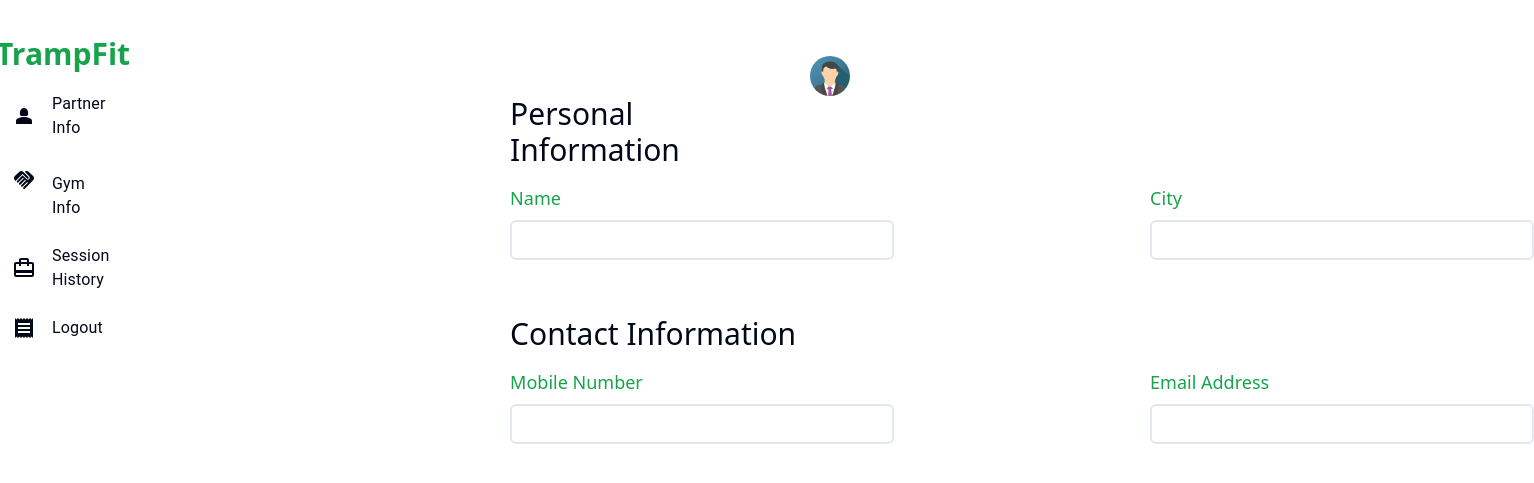
Repository: ezioxatul/TrampFit-Website
Page: /partner/partnerDashboard/partnerInfo (app in Frontend/)
These files come from the project's save history. The page is drawn as it stood at one moment and after the next save; the edit follows.
The browser window is 1280 px wide. The page is 1534 px wide, so the pictures cover 1534 px, including what lies to the right of the window. The pictures show the whole page.
The project was rebuilt for these pictures with package versions that can differ from the ones it lists, and the page was loaded fresh each time. The framework's server and built-in components were replaced by stand-ins that run in the browser. Also part of the build but not shown: Frontend/next.config.js, Frontend/next.config.mjs, Frontend/components/Loader.js, Frontend/components/Popup.js.

Above is the page before, as saved 2024-05-16 17:31:16.

### Frontend/pages/_app.js
import Loader from "@/components/Loader";
import "@/styles/globals.css";
import { useRouter } from "next/router";
import { useEffect, useState } from "react";


const Loading = () => {

  return (
    <Loader/>
  );
}

export default function App({ Component, pageProps }) {

  const [loading, setLoading] = useState(false);
  const router = useRouter();

  useEffect(() => {
    const handleStart = () => setLoading(true);
    const handleComplete = () => setLoading(false);

    router.events.on('routeChangeStart', handleStart);
    router.events.on('routeChangeComplete', handleComplete);
    router.events.on('routeChangeError', handleComplete);

    return () => {
      router.events.off('routeChangeStart', handleStart);
      router.events.off('routeChangeComplete', handleComplete);
      router.events.off('routeChangeError', handleComplete);
    };
  }, []);

  return (
    <>
    <div className="h-2">
      {
        loading  &&
          <Loading />

      }
      </div>
          <Component {...pageProps} />

    </>
  );
}

### Frontend/pages/_document.js
import { Html, Head, Main, NextScript } from "next/document";

export default function Document() {
  return (
    <Html lang="en">
          <Head />
          <body>
            <Main />
            <NextScript />
          </body>
        </Html>
        );
}

### Frontend/pages/partner/partnerDashboard/partnerInfo.js
import PartnerSideBar from "@/components/PartnerSideBar";
import { Avatar } from "@mui/material";
import { Input } from "@/components/ui/input"
import { Label } from "@/components/ui/label"
import { useEffect, useState } from "react";
import { useRouter } from "next/router";
import { ToastContainer, toast } from "react-toastify";

export default function partnerInfo() {
  return (
    <div className="flex ">
      <PartnerSideBar />
      <div className="flex flex-col">
        <div className=" flex">
          <div className=" mx-auto mt-12">
            <Avatar
              className=" w-36 h-36 text-6xl bg-black"
              src="/avtar.png"
            ></Avatar>
          </div>
        </div>
        <div className=" w-8">
          <h1 className=" ml-96 text-3xl mb-4 ">Personal Information</h1>
          <div className="flex ml-96 mb-10">
            <div className="mr-32 space-y-2">
              <Label
                htmlFor="name"
                className="text-lg text-green-600 font-normal"
              >
                Name
              </Label>
              <Input
                type="text"
                className=" w-96 text-lg border-2"
              />
            </div>
            <div className="ml-32 space-y-2">
              <Label
                htmlFor="city"
                className="text-lg text-green-600 font-normal"
              >
                City
              </Label>
              <Input
                type="text"
                className=" w-96 text-lg border-2"
              />
            </div>
          </div>
        </div>
        <div>
          <h1 className=" ml-96 text-3xl mb-4 mt-4 ">Contact Information</h1>
          <div className="flex ml-96 mb-10">
            <div className="mr-32 space-y-2">
              <Label
                htmlFor="name"
                className="text-lg text-green-600 font-normal"
              >
                Mobile Number
              </Label>
              <Input
                type="text"
                className=" w-96 text-lg border-2"
              />
            </div>
            <div className="ml-32 space-y-2 mb-10">
              <Label
                htmlFor="city"
                className="text-lg text-green-600 font-normal"
              >
                Email Address
              </Label>
              <Input
                type="text"
                className=" w-96 text-lg border-2"
              />
            </div>
            <ToastContainer />
          </div>
        </div>
      </div>
    </div>
  );
}

### Frontend/styles/globals.css
@tailwind base;
@tailwind components;
@tailwind utilities;


@layer base {
  :root {
    --background: 0 0% 100%;
    --foreground: 222.2 84% 4.9%;

    --card: 0 0% 100%;
    --card-foreground: 222.2 84% 4.9%;

    --popover: 0 0% 100%;
    --popover-foreground: 222.2 84% 4.9%;

    --primary: 222.2 47.4% 11.2%;
    --primary-foreground: 210 40% 98%;

    --secondary: 210 40% 96.1%;
    --secondary-foreground: 222.2 47.4% 11.2%;

    --muted: 210 40% 96.1%;
    --muted-foreground: 215.4 16.3% 46.9%;

    --accent: 210 40% 96.1%;
    --accent-foreground: 222.2 47.4% 11.2%;

    --destructive: 0 84.2% 60.2%;
    --destructive-foreground: 210 40% 98%;

    --border: 214.3 31.8% 91.4%;
    --input: 214.3 31.8% 91.4%;
    --ring: 222.2 84% 4.9%;

    --radius: 0.5rem;
  }

  .dark {
    --background: 222.2 84% 4.9%;
    --foreground: 210 40% 98%;

    --card: 222.2 84% 4.9%;
    --card-foreground: 210 40% 98%;

    --popover: 222.2 84% 4.9%;
    --popover-foreground: 210 40% 98%;

    --primary: 210 40% 98%;
    --primary-foreground: 222.2 47.4% 11.2%;

    --secondary: 217.2 32.6% 17.5%;
    --secondary-foreground: 210 40% 98%;

    --muted: 217.2 32.6% 17.5%;
    --muted-foreground: 215 20.2% 65.1%;

    --accent: 217.2 32.6% 17.5%;
    --accent-foreground: 210 40% 98%;

    --destructive: 0 62.8% 30.6%;
    --destructive-foreground: 210 40% 98%;

    --border: 217.2 32.6% 17.5%;
    --input: 217.2 32.6% 17.5%;
    --ring: 212.7 26.8% 83.9%;
  }
}

@layer base {
  * {
    @apply border-border;
  }
  body {
    @apply bg-background text-foreground;
  }
}


.outline_remove:focus{


}
.focus-visible\:ring-offset-2:focus-visible{
  border:none !important;
  outline: none !important;
  border-style: none;
}

### Frontend/components/PartnerSideBar.js
import List from '@mui/material/List';
import ListItemButton from '@mui/material/ListItemButton';
import ListItemText from '@mui/material/ListItemText';
import Person2Icon from '@mui/icons-material/Person2';
import HandshakeIcon from '@mui/icons-material/Handshake';
import CardTravelIcon from '@mui/icons-material/CardTravel';
import ReceiptIcon from '@mui/icons-material/Receipt';
import LogoutIcon from '@mui/icons-material/Logout';

import { useState } from 'react';
import Link from 'next/link';
import Popup from './Popup';
import { useRouter } from 'next/router';

export default function PartnerSideBar() {

    let SideBarHeading = ['Partner Info', 'Gym Info', 'Session History', 'Logout'];

    let router = useRouter();
    let [start, setStart] = useState(false);

    const logout = () => {
        setStart(!start);
    }


    const logoutEvent = () => {
        localStorage.removeItem('partnerToken');
        setStart(false);
        router.push('/partner/partnerLogin')
    }
    return (
        <>
            <div className=" w-72  m-[-8px] p-1  mb-10">
                <Link href="#"><h1 className=' text-green-600 text-3xl font-semibold text-center mt-8 cursor-pointer'>TrampFit</h1></Link>

                <List className='bg-white mt-8 ml-6 space-y-2'>
                    {
                        SideBarHeading.map((text, index) => {
                            return (
                                index === 1 ?
                                    <>

                                        <ListItemButton className=' space-x-4 flex justify-between hover:bg-green-100 hover:rounded-2xl hover:text-green-600'>
                                            <Link href="#" className='flex space-x-4 '>
                                                <HandshakeIcon className='text-2xl' />
                                                <ListItemText primary={text} />
                                            </Link>
                                        </ListItemButton>

                                    </> :
                                    index === 0 ?
                                        <Link href="#">
                                            <ListItemButton className=' space-x-4 hover:bg-green-100 hover:rounded-2xl hover:text-green-600'>
                                                <Person2Icon className='text-2xl' />
                                                <ListItemText primary={text} />
                                            </ListItemButton>
                                        </Link> :
                                        index === 2 ?
                                            <Link href="#">
                                                <ListItemButton className=' space-x-4 hover:bg-green-100 hover:rounded-2xl hover:text-green-600'>
                                                    <CardTravelIcon className='text-2xl' />
                                                    <ListItemText primary={text} />
                                                </ListItemButton>
                                            </Link> :
                                            index === 3 ?
                                                <Link href="#">
                                                    <ListItemButton className=' space-x-4 hover:bg-green-100 hover:rounded-2xl hover:text-green-600'>
                                                        <ReceiptIcon className='text-2xl' />
                                                        <ListItemText primary={text} />
                                                    </ListItemButton>
                                                </Link> :
                                                <ListItemButton className=' space-x-4 hover:bg-green-100 hover:rounded-2xl hover:text-green-600' onClick={logout}>
                                                    <LogoutIcon className='text-2xl' />
                                                    <ListItemText primary={text} />
                                                    <Popup open={start} title={"Do you Really want to Logout?"} cancel="Cancel" logout="Logout" logoutEvent={logoutEvent} cancelEvent={logout} />
                                                </ListItemButton>
                            )
                        })
                    }
                </List>
            </div>
        </>
    );
}

### Frontend/tailwind.config.js
/** @type {import('tailwindcss').Config} */
module.exports = {
  darkMode: ["class"],
  content: [
    './pages/**/*.{js,jsx}',
    './components/**/*.{js,jsx}',
    './app/**/*.{js,jsx}',
    './src/**/*.{js,jsx}',
  ],
  prefix: "",
  theme: {
    container: {
      center: true,
      padding: "2rem",
      screens: {
        "2xl": "1400px",
      },
    },
    extend: {fontFamily: {
      play: ["Play", "sans-serif"],
    },
      colors: {
        border: "hsl(var(--border))",
        input: "hsl(var(--input))",
        ring: "hsl(var(--ring))",
        background: "hsl(var(--background))",
        foreground: "hsl(var(--foreground))",
        primary: {
          DEFAULT: "hsl(var(--primary))",
          foreground: "hsl(var(--primary-foreground))",
        },
        secondary: {
          DEFAULT: "hsl(var(--secondary))",
          foreground: "hsl(var(--secondary-foreground))",
        },
        destructive: {
          DEFAULT: "hsl(var(--destructive))",
          foreground: "hsl(var(--destructive-foreground))",
        },
        muted: {
          DEFAULT: "hsl(var(--muted))",
          foreground: "hsl(var(--muted-foreground))",
        },
        accent: {
          DEFAULT: "hsl(var(--accent))",
          foreground: "hsl(var(--accent-foreground))",
        },
        popover: {
          DEFAULT: "hsl(var(--popover))",
          foreground: "hsl(var(--popover-foreground))",
        },
        card: {
          DEFAULT: "hsl(var(--card))",
          foreground: "hsl(var(--card-foreground))",
        },
      },
      borderRadius: {
        lg: "var(--radius)",
        md: "calc(var(--radius) - 2px)",
        sm: "calc(var(--radius) - 4px)",
      },
      keyframes: {
        "accordion-down": {
          from: { height: "0" },
          to: { height: "var(--radix-accordion-content-height)" },
        },
        "accordion-up": {
          from: { height: "var(--radix-accordion-content-height)" },
          to: { height: "0" },
        },
      },
      animation: {
        "accordion-down": "accordion-down 0.2s ease-out",
        "accordion-up": "accordion-up 0.2s ease-out",
      },
    },
  },
  plugins: [require("tailwindcss-animate")],
}

Loaded but not shown: Frontend/components/ui/input.jsx (common file); Frontend/components/ui/label.jsx (common file); Frontend/lib/utils.js (common file)

After the next save:
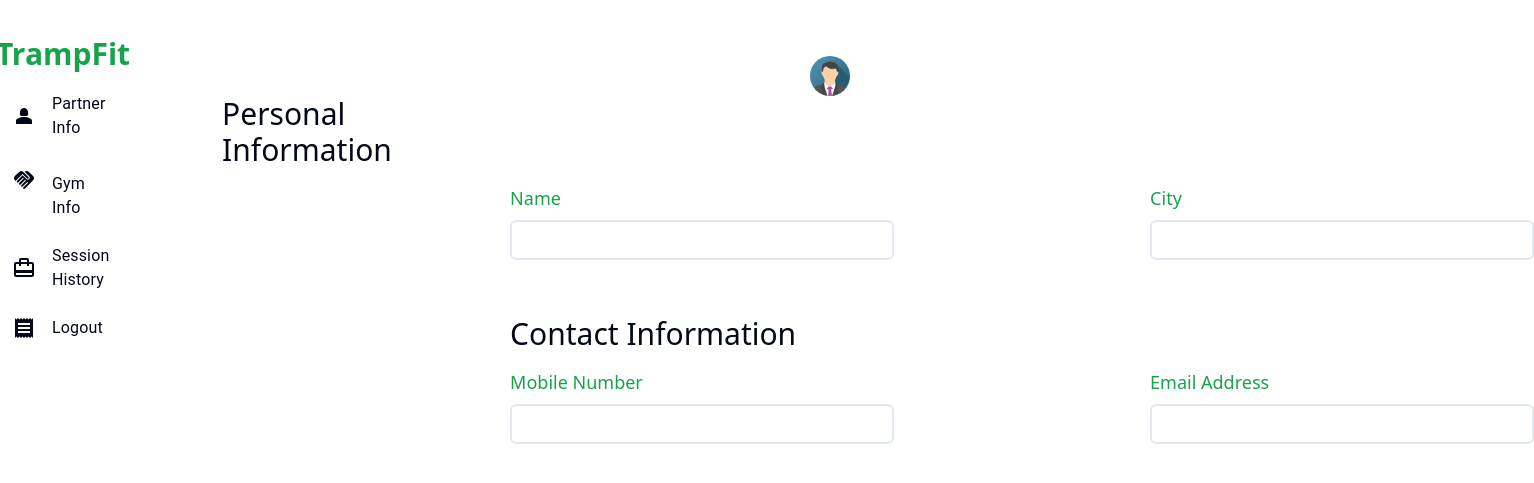
Saved 29 s later.
--- a/Frontend/pages/partner/partnerDashboard/partnerInfo.js
+++ b/Frontend/pages/partner/partnerDashboard/partnerInfo.js
@@ -20,7 +20,7 @@ export default function partnerInfo() {
           </div>
         </div>
         <div className=" w-8">
-          <h1 className=" ml-96 text-3xl mb-4 ">Personal Information</h1>
+          <h1 className=" ml-24 text-3xl mb-4 ">Personal Information</h1>
           <div className="flex ml-96 mb-10">
             <div className="mr-32 space-y-2">
               <Label
